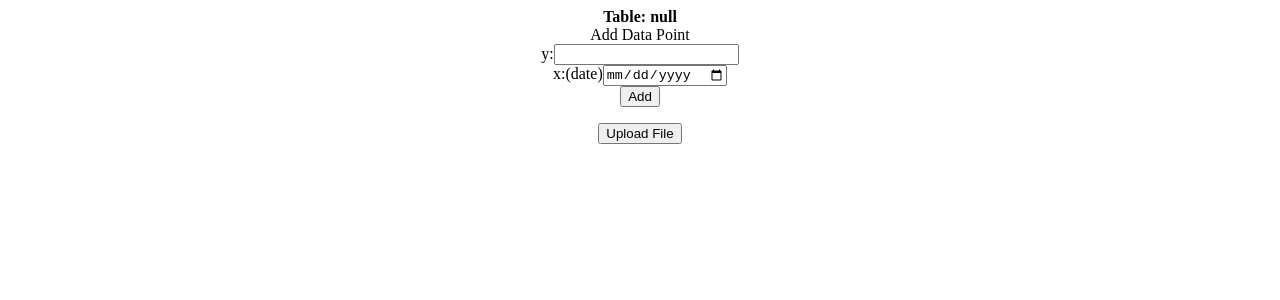
Repository: kemiporto/cmpe272-group12
Page: http://localhost/ESPAWSProject/addNewDataPage.jsp
These files come from the project's save history. The page is drawn as it stood at one moment and after the next save; the edit follows.
The browser window is 1280 px wide. The pictures show the whole page.
The page is served by Tomcat 9.

Above is the page before, as saved 2014-04-19 21:34:22.

After the next save:
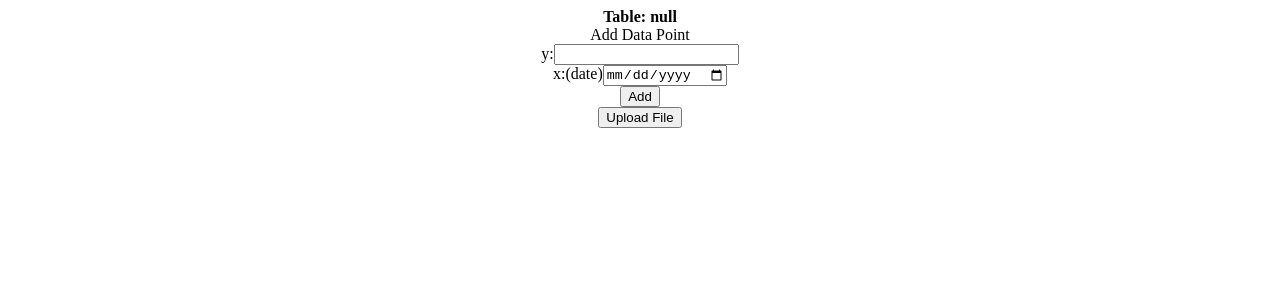
Saved 87 s later.
--- a/AWS/ESPAWSProject/WebContent/addNewDataPage.jsp
+++ b/AWS/ESPAWSProject/WebContent/addNewDataPage.jsp
@@ -1,3 +1,4 @@
+<!DOCTYPE html>
 <html>
 <head>
     <title>Add New Data Page</title>
